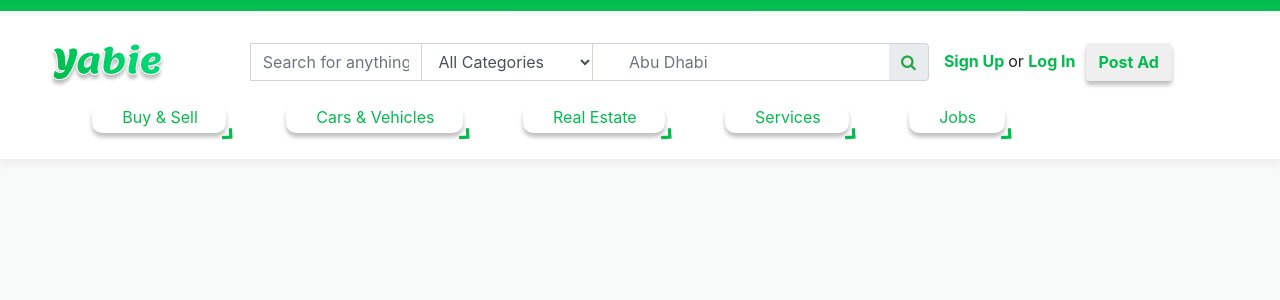
Repository: muazzamkha95/yabie
Page: notification-forgot-password.html
These files come from the project's save history. The page is drawn as it stood at one moment and after the next save; the edit follows.
The browser window is 1280 px wide. The pictures show the whole page.

Above is the page before, as saved 2020-07-09 16:07:48.
Console error: TypeError: Cannot read properties of undefined (reading 'fn')

### notification-forgot-password.html
<!DOCTYPE html>
<html lang="en">
<head>
    <meta charset="UTF-8">
    <meta name="viewport" content="width=device-width, initial-scale=1.0">
    <title>SignUp Page</title>

    <link rel="stylesheet" href="https://maxcdn.bootstrapcdn.com/bootstrap/4.0.0/css/bootstrap.min.css" integrity="sha384-Gn5384xqQ1aoWXA+058RXPxPg6fy4IWvTNh0E263XmFcJlSAwiGgFAW/dAiS6JXm" crossorigin="anonymous">
    <link rel="stylesheet" href="https://stackpath.bootstrapcdn.com/font-awesome/4.7.0/css/font-awesome.min.css" integrity="sha384-wvfXpqpZZVQGK6TAh5PVlGOfQNHSoD2xbE+QkPxCAFlNEevoEH3Sl0sibVcOQVnN" crossorigin="anonymous">
    <link href="css/main.css"  rel="stylesheet"></link>


</head>
<body>
        <div class="topBar"></div>
        <nav class="navbar">
            <div class="maincontainer">
                <div class="row">
                        <div class="col-md-2">
                            <a href="index.html"><img src="images/YabieLogo.png" alt="Yabie Logo" class="logo"/></a>
                        </div>
                        <div class="col-md-7">
                            <form class="form-inline" action="#">
                                <div class="input-group">
                                    <input type="text" class="form-control" placeholder="Search for anything" required>
                                    <select class="form-control border-right-0" required>
                                        <option>All Categories</option>
                                        <option value="a">A</option>
                                        <option value="b">B</option>
                                    </select>
                                    <div class="input-group">
                                        <div class="input-group-append">
                                            <span class="input-group-text bg-white text-success border-right-0"><i class="fa fa-map-marker-alt"></i></span>
                                        </div>
                                        <input type="text" class="form-control border-left-0 border-right-0" placeholder="Abu Dhabi" required>
                                        <div class="input-group-append">
                                            <button type="submit" class="input-group-text"><i class="fa fa-search text-success"></i></button>
                                        </div>
                                    </div>
                                </div>
                            </form>
                        </div>
                        <div class="col-md-3" >
                            <div class="row text-center">
                                <span style="padding-top: 6px;">
                                    <span class="btext"><a href="signup.html">Sign Up </a>  </span>  or <span class="btext"><a href="login.html">Log In</a></span>
                                </span>

                                <button class="btn btn-default btext pull-right boxshadow" style="margin-left: 10px;">Post Ad</button>
                            </div>
                        </div>

                </div>
                <div class="row mt-3" >
                    <span class="categoryTab">Buy & Sell <i class="keyboard_arrow_down_24px_rounded fa fa-chevron-right "></i></span>
                    <span class="categoryTab">Cars & Vehicles  <i class="keyboard_arrow_down_24px_rounded fa fa-chevron-right "></i></span>
                    <span class="categoryTab">Real Estate <i class="keyboard_arrow_down_24px_rounded fa fa-chevron-right "></i></span>
                    <span class="categoryTab">Services <i class="keyboard_arrow_down_24px_rounded fa fa-chevron-right "></i></span>
                    <span class="categoryTab">Jobs <i class="keyboard_arrow_down_24px_rounded fa fa-chevron-right "></i></span>
                </div>
            </div>
        </nav>

        <main  role="main" class="mainSection">
            <div class="container d-flex justify-content-center" >
                    <div class="col-md-5">

                        <h1>

                        </h1>
                    </div>

            </div>

        </main>


</body>
<script src="https://maxcdn.bootstrapcdn.com/bootstrap/4.0.0/js/bootstrap.min.js" integrity="sha384-JZR6Spejh4U02d8jOt6vLEHfe/JQGiRRSQQxSfFWpi1MquVdAyjUar5+76PVCmYl" crossorigin="anonymous"></script>
<script src="js/main.js" type="text/javascript"></script>
</html>

### css/main.css
/* Body */
*{
    padding: 0;
    margin: 0;
}
body{
    background: #F8F9F9;

}
a{
    color: #04BC4E;
    text-decoration: none;
    font-weight: bold;
}
a:hover{
    color: #04BC4E;
}

/* Main navbar css */

.topBar{

    position: absolute;
    width: 100%;
    height: 11px;
    left: 0px;
    top: 0px;

    background: linear-gradient(180deg, #04BC4E 0%, #15D57B 537.5%);
}


nav{
    position: absolute;
    width: 100%;
    height: 143px;
    left: 0px;
    top: 16px;
    background: #FFFFFF;
    box-shadow: 0px 6px 6px rgba(219, 214, 214, 0.25);
    padding-top: 20px;
}

.maincontainer{
    width: 95%;
    margin-left:auto;
    margin-right: auto;
}

.logo{
    height: 100;
}
.btext{
    font-weight: bold;
    color: #04BC4E;
}
.light-text{
    color:lightgray;
}
.light-note-text{
    font-size: 12px;
    color:lightgray;
}

.boxshadow{
    box-shadow: 0px 4px 4px rgba(0, 0, 0, 0.25);
}

.categoryTab{
    display: inline;
    box-shadow: 0px 4px 4px rgba(0, 0, 0, 0.25);
    background-color: #FFFFFF;
    color: #04BC4E;
    border-radius: 10px;
    margin-left: 60px;
    padding-left: 30px;


}
.keyboard_arrow_down_24px_rounded{
    position: relative;
    width: 24px;
    height: 24px;
    left:17px;
    top: 22px;
    transform: rotate(41.5deg);

}

/* Main section  */

.mainSection{
    width: 90%;
    margin-left: auto;
    margin-right: auto;
    margin-top: 50px;



}


.sectionTitle{

    font-family:sans-serif;
    font-style: normal;
    font-weight: 500;
    font-size: 24px;
    line-height: 29px;

    color: #3E4153;
}
.sectionSeeAll{
    color: #04BC4E;
    margin-right: 20px;
}
/* Ad card  */

.adcard{
    background: #FFFFFF;
    padding: 10px;
    margin-right: 21.85px;
    width: 177px;
}
.adTitle{
    font-family: sans-serif;
    font-style: normal;
    font-weight: bold;
    font-size: 16px;
    line-height: 19px;
    color: #000000;
    margin-top: 20px;
}
.adPrice{
    position: relative;
    width: 81px;
    height: 33px;
    left: -160px;
    top: 60px;
    padding: 5px;

    background: #4F4A4A;
    mix-blend-mode: hard-light;
    border-radius: 0px 10px 10px 0px;
    z-index: 999;
}

/* Login Page */

.mainSectionLogin{

    height: 100vh;
    background: linear-gradient(257.12deg, #04BC4E 56.95%, #15D57B 84.28%);
}
.login-btn{
    width: 100%;
    background-color:  #04BC4E;
    color: white;
    font-weight: bold;
}

input{
    border-radius: 0 !important;
    /* margin: 40px 0px 40px 0px; */
}

/* Email Confirmation Page */
.confirm-head{
    background: linear-gradient(180deg, #04BC4E 15.92%, #15D57B 113.67%);
    height: 87px;
}
.confirm-body{
    background:#FFFFFF;
    height: 60vh;
    padding: 50px 20px 50px 20px;
}

.confirm-head > h2{
    color: white;
    padding-top: 20px;
}

.back-arr{
    font-size: 30px;
    color:#04BC4E;
}

Loaded but not shown: js/main.js (no stored copy; drawn as an empty file)

After the next save:
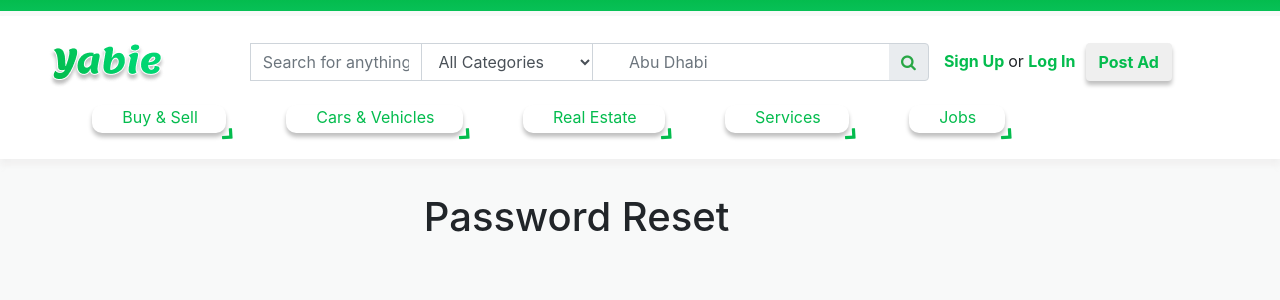
Saved 7 s later.
--- a/notification-forgot-password.html
+++ b/notification-forgot-password.html
@@ -66,7 +66,7 @@
                     <div class="col-md-5">
 
                         <h1>
-
+                            Password Reset
                         </h1>
                     </div>
 
